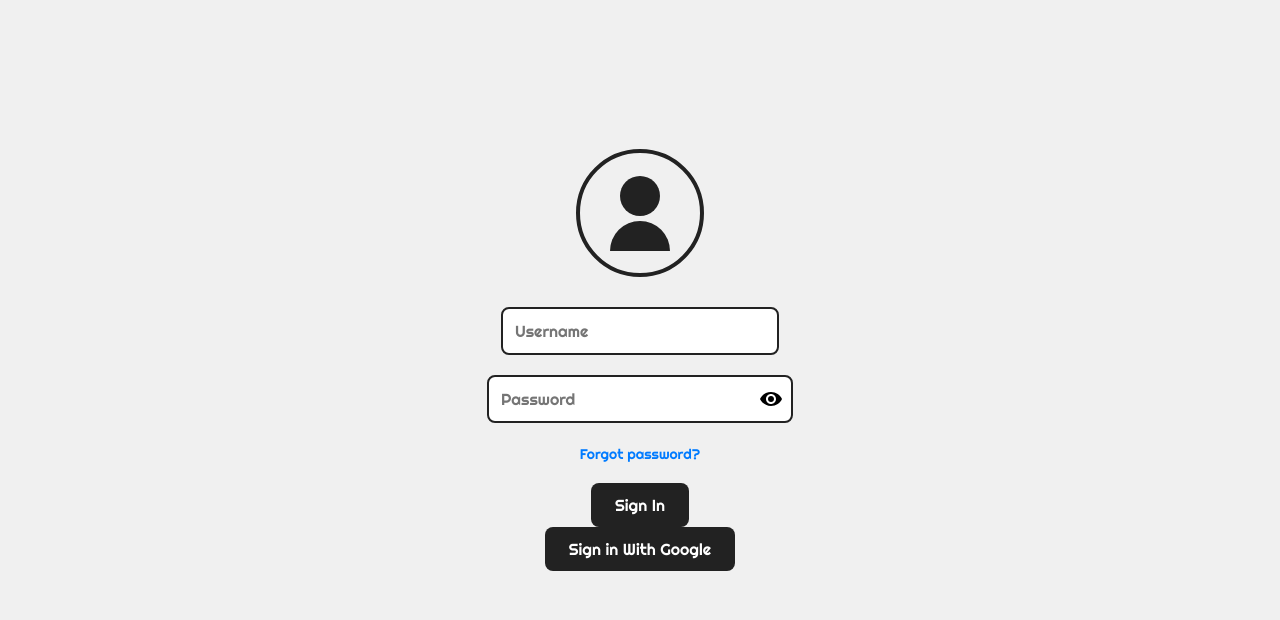
Repository: saifg123/Peer
Page: signin.html
The author's editor kept a copy of each file at every save. The page is drawn from the files as they stood at one save, then again after the next save.
The browser window is 1280 px wide. The pictures show the whole page.

Above is the page before, as saved 2025-05-19 19:28:35.

### signin.html
  <!DOCTYPE html>
  <html lang="en">
  <head>
    <script src="https://accounts.google.com/gsi/client" async defer></script>
    <meta charset="UTF-8">
    <meta name="viewport" content="width=device-width, initial-scale=1.0">
    <title>Sign In</title>
    <link href="https://fonts.googleapis.com/css2?family=Righteous&display=swap" rel="stylesheet">
    <style>

  body {
        margin: 0;
        font-family: 'Righteous', cursive;
        background-color: #f0f0f0;
        display: flex;
        flex-direction: column;
        align-items: center;
        justify-content: center;
        height: 100vh;
      }

      .sign-in-container {
        text-align: center;
      }

      .guest-avatar-large {
        width: 120px;
        height: 120px;
        border: 4px solid #222;
        border-radius: 50%;
        display: flex;
        flex-direction: column;
        justify-content: center;
        align-items: center;
        margin: 0 auto 30px;
      }

      .avatar-head {
        width: 40px;
        height: 40px;
        background-color: #222;
        border-radius: 50%;
      }

      .avatar-body {
        width: 60px;
        height: 30px;
        background-color: #222;
        border-radius: 30px 30px 0 0;
        margin-top: 5px;
      }

      .input-box {
        margin: 10px 0;
      }

      input[type="text"],
      input[type="password"] {
        width: 250px;
        padding: 12px;
        font-size: 16px;
        border: 2px solid #222;
        border-radius: 8px;
        outline: none;
        font-family: 'Righteous', cursive;
      }

      input[type="text"]:focus,
      input[type="password"]:focus {
        border-color: #007BFF;
      }

      .password-wrapper {
        position: relative;
        display: inline-block;
      }

      #passwordInput {
        padding-right: 40px;
      }

      .toggle-password {
        position: absolute;
        right: 10px;
        top: 50%;
        transform: translateY(-50%);
        cursor: pointer;
        width: 24px;
        height: 24px;
        transition: opacity 0.3s ease;
        fill: #444;
      }

      .toggle-password:hover {
        fill: #007BFF;
      }

      .forgot-password {
        margin-top: 10px;
        margin-bottom: 20px;
      }

      .forgot-password a {
        text-decoration: none;
        color: #007BFF;
        font-size: 14px;
      }

      .forgot-password a:hover {
        text-decoration: underline;
      }

      .submit-btn {
        background-color: #222;
        color: #fff;
        border: none;
        padding: 12px 24px;
        font-size: 16px;
        border-radius: 8px;
        cursor: pointer;
        font-family: 'Righteous', cursive;
        transition: background-color 0.3s ease;
      }

      .submit-btn:hover {
        background-color: #007BFF;
      }

      .icon-layer {
        position: absolute;
        top: 50%;
        right: 10px;
        transform: translateY(-50%);
        width: 24px;
        height: 24px;
      }

      .icon-layer svg {
        position: absolute;
        top: 0;
        left: 0;
        width: 100%;
        height: 100%;
        transition: opacity 0.3s ease;
      }

      .icon-hidden {
        opacity: 0;
      }

      .icon-visible {
        opacity: 1;
      }
    </style>
  </head>
  <body>
    <div class="sign-in-container">
      <div class="guest-avatar-large">
        <div class="avatar-head"></div>
        <div class="avatar-body"></div>
      </div>

      <div class="input-box">
        <input type="text" placeholder="Username">
      </div>

      <div class="input-box password-wrapper">
        <input type="password" id="passwordInput" placeholder="Password">
        <div class="icon-layer">
          <svg id="eyeOpen" class="icon-visible" viewBox="0 0 24 24" fill="currentColor">
            <path d="M12 5C7 5 2.7 8.1 1 12c1.7 3.9 6 7 11 7s9.3-3.1 11-7c-1.7-3.9-6-7-11-7zm0 12c-2.8
                    0-5-2.2-5-5s2.2-5 5-5 5 2.2 5 5-2.2 5-5 5zm0-8c-1.7 0-3 1.3-3 3s1.3 3
                    3 3 3-1.3 3-3-1.3-3-3-3z"/>
          </svg>
          <svg id="eyeClosed" class="icon-hidden" viewBox="0 0 24 24" fill="currentColor">
            <path d="M1 4.27L2.28 3 21 21.72 19.73 23l-2.27-2.27C15.6 21 13.86 21.5 12
                    21.5c-5 0-9.3-3.1-11-7 1.1-2.6 3.1-4.7 5.5-6.1L1 4.27zM12 6.5c4.7 0
                    8.6 2.8 10 6.5-.5 1.2-1.2 2.3-2.1 3.3l-2.1-2.1c.2-.4.3-.9.3-1.4
                    0-2.2-1.8-4-4-4-.5 0-1 .1-1.4.3l-2.1-2.1C10.7 6.6 11.3 6.5 12 6.5zm-3
                    3c0 .6.2 1.2.5 1.7l-3.8-3.8c.8-.6 1.8-1.1 2.8-1.4l1.5 1.5c-.3.5-.5
                    1-.5 1.7z"/>
          </svg>
        </div>
      </div>

      <div class="forgot-password">
        <a href="#">Forgot password?</a>
      </div>

<form id="signin-form" onsubmit="event.preventDefault();">
        <button type="submit" class="submit-btn">Sign In</button>
      </form>
      <div class="or-divider
<form onsubmit="fetchClassroomData(event)">
      <button type="submit" class="submit-btn">Sign in With Google</button>
    </form>
  </div>

  <script>
    function handleCredentialResponse(response) {
      console.log("Google ID token:", response.credential);
    }

    async function getAccessToken() {
      return new Promise((resolve, reject) => {
        google.accounts.oauth2.initTokenClient({
          client_id: '824197230866-ihf2fbgin6f0d4mntooh3mpt6qku7vrc.apps.googleusercontent.com',
          scope: [
            'https://www.googleapis.com/auth/classroom.courses.readonly',
            'https://www.googleapis.com/auth/classroom.courses.readonly',
            'https://www.googleapis.com/auth/classroom.coursework.me.readonly',
            'https://www.googleapis.com/auth/classroom.student-submissions.me.readonly',
            'https://www.googleapis.com/auth/classroom.profile.emails',
            'https://www.googleapis.com/auth/classroom.profile.photos',
            'https://www.googleapis.com/auth/classroom.announcements.readonly',
            'https://www.googleapis.com/auth/classroom.courseworkmaterials.readonly',
            'https://www.googleapis.com/auth/classroom.push-notifications',
            'https://www.googleapis.com/auth/classroom.topics.readonly',
            'https://www.googleapis.com/auth/classroom.coursework.me.readonly',
            'https://www.googleapis.com/auth/classroom.announcements.readonly',
          ].join(' '),
          callback: (tokenResponse) => {
            resolve(tokenResponse.access_token);
          }
        }).requestAccessToken();
      });
    }

    async function fetchClassroomData(event) {
  event.preventDefault();
  const token = await getAccessToken();
  if (!token) {
    alert("Please sign in with Google.");
    return;
  }

  const headers = { Authorization: `Bearer ${token}` };

  // Step 1: Get all courses for the signed-in user
  const coursesRes = await fetch("https://classroom.googleapis.com/v1/courses", { headers });
  const coursesData = await coursesRes.json();

  if (!coursesData.courses || coursesData.courses.length === 0) {
    console.log("No courses found.");
    return;
  }

  console.log("User's courses:", coursesData.courses);

  // Step 2: For each course, fetch announcements and coursework
  for (const course of coursesData.courses) {
    const courseId = course.id;
    console.log(`Fetching data for course: ${course.name} (${courseId})`);

    const endpoints = [
      `https://classroom.googleapis.com/v1/courses/${courseId}/announcements`,
      `https://classroom.googleapis.com/v1/courses/${courseId}/courseWork`
    ];

    for (const url of endpoints) {
  try {
    const res = await fetch(url, { headers });
    console.log(`Status for ${url}:`, res.status);

    if (!res.ok) {
      const errorText = await res.text();
      console.error(`Error response body from ${url}:`, errorText);
      continue;
    }

    const data = await res.json();
    console.log(`Data from ${url}:`, data);
  } catch (err) {
    console.error(`Error fetching ${url}:`, err);
  }
    }
  }}
  </script>
</body>
</html>

After the next save:
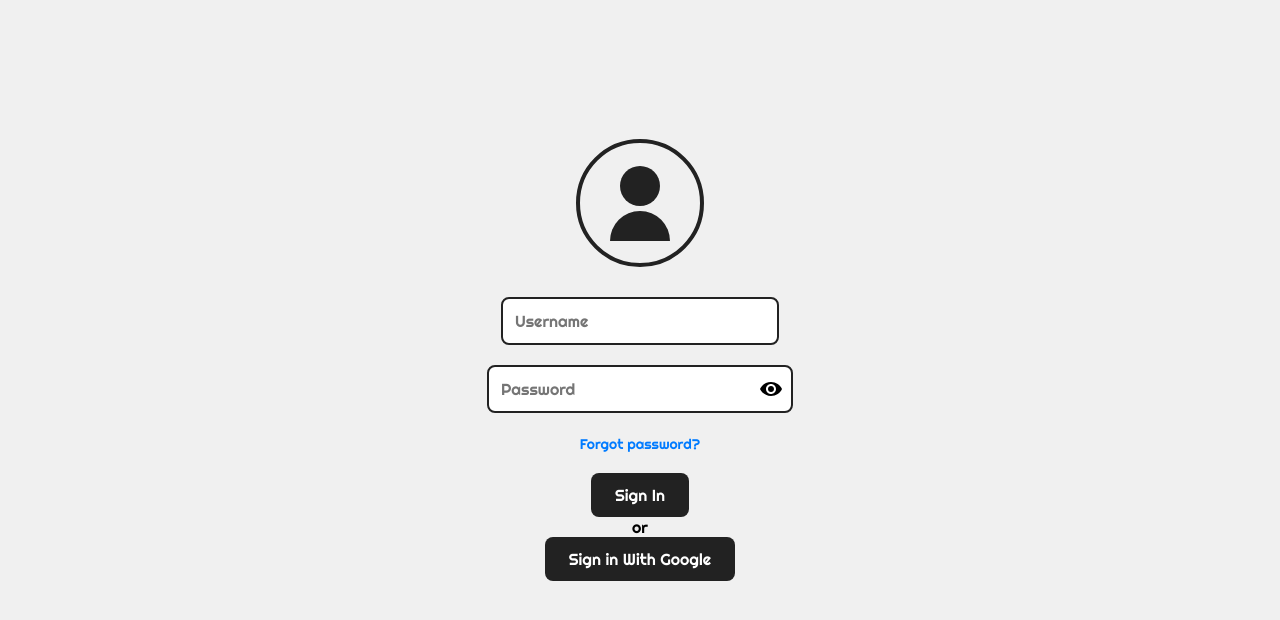
Saved 2 min 30 s later.
--- a/signin.html
+++ b/signin.html
@@ -186,12 +186,12 @@
       <div class="forgot-password">
         <a href="#">Forgot password?</a>
       </div>
-
 <form id="signin-form" onsubmit="event.preventDefault();">
         <button type="submit" class="submit-btn">Sign In</button>
       </form>
-      <div class="or-divider
-<form onsubmit="fetchClassroomData(event)">
+      <div class="or-divider">
+        <span>or</span>
+  <form onsubmit=" fetchClassroomData(event) " >
       <button type="submit" class="submit-btn">Sign in With Google</button>
     </form>
   </div>
